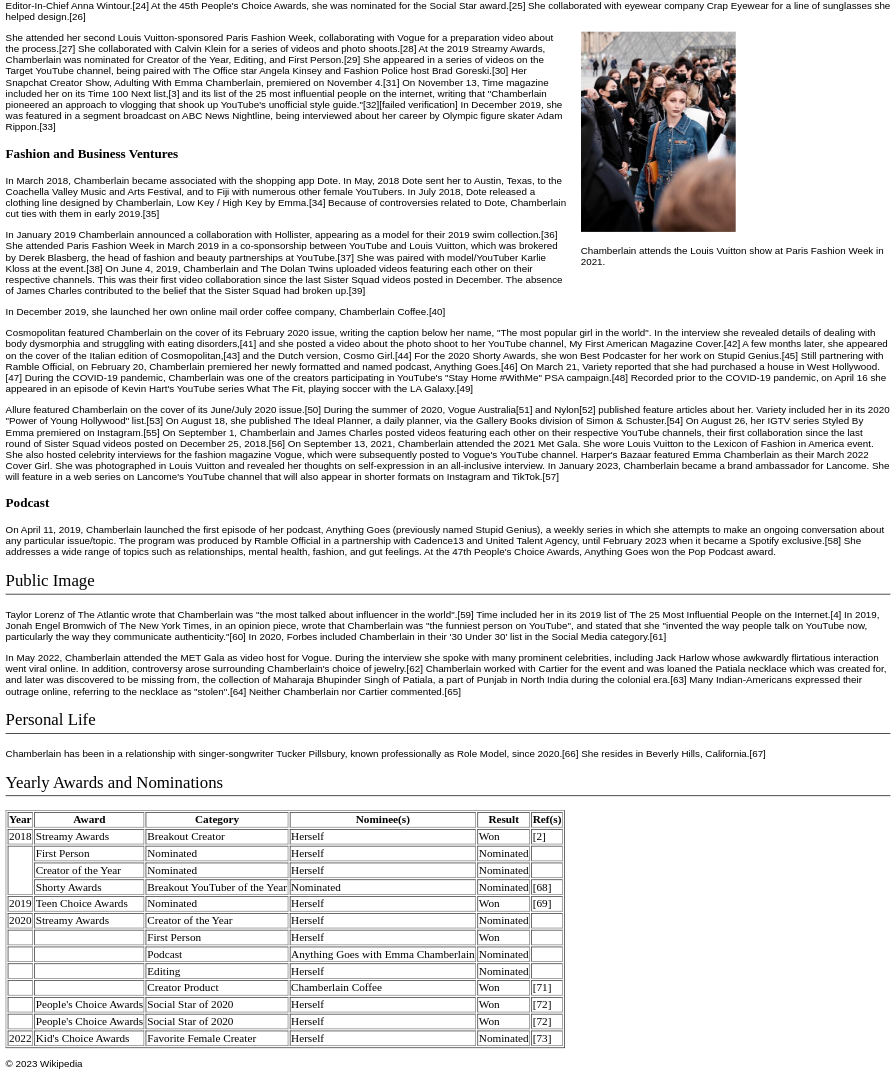
Repository: ethan-schrauf/UniversalDesignWebsite
Page: wikipedia.html
The author's editor kept a copy of each file at every save. The page is drawn from the files as they stood at one save, then again after the next save.
The browser window is 1280 px wide. The pictures show the part of the page from y = 905 to 2825 px (the page is 2447 px tall before and 3407 px after), at 70% of full size.

Above is the page before, as saved 2023-09-29 23:30:35.

### wikipedia.html
<!DOCTYPE html>
<html>
<head>
    <title>Emma Chamberlain - Wikipedia</title>
    <style>
        /* Add your CSS for styling here */
        #intro {
            float: left;
            width: 70%;
        }

        #infobox {
            float: right;
            width: 30%;
            text-align: center;
        }

        #infobox img {
            max-width: 100%;
            height: auto;
        }

        /* New section for the fashion week photo */
        #fashion-week-photo {
            float: right;
            width: 35%;
            margin-left: 20px; /* Add some margin to separate it from the text */
        }

        #fashion-week-photo img {
            max-width: 100%;
            height: auto;
        }

        /* Add a line below h2 headings */
        h2 {
            border-bottom: 1px solid #000; /* Change the color and style as needed */
            padding-bottom: 5px; /* Adjust the spacing between the text and the line */
        }

        /* Add the .sr-only class styles */
        .sr-only {
            border: 0;
            clip: rect(0, 0, 0, 0);
            height: 1px;
            margin: -1px;
            overflow: hidden;
            padding: 0;
            position: absolute;
            white-space: nowrap;
            width: 1px;
        }

        /* Apply Arial font to all paragraphs */
        p {
            font-family: Arial, sans-serif;
            font-size: 14px;
        }

/* Unbold all h2 headings */
h2 {
            font-weight: normal;
        }
    </style>
</head>
<body>

<!-- Header -->
<header>
    <h1>Wikipedia</h1>
</header>

<!-- Main content -->
<main>
    <h2>Emma Chamberlain</h2>

    <!-- Intro paragraph -->
    <section id="intro">
        <p><strong>Emma Frances Chamberlain</strong> (born May 22, 2001)[1] is an American social media personality, YouTuber, podcaster, businesswoman and model. She won the 2018 Streamy Award for Breakout Creator.[2] In 2019, Time magazine included her on its Time 100 Next list,[3] and its list of The 25 Most Influential People On The Internet, writing that "Chamberlain pioneered an approach to vlogging that shook up YouTube's unofficial style guide."[4]
        </p>
        <p>In April 2019, she launched her first weekly podcast series, Anything Goes, formerly known as Stupid Genius.[5][6] Chamberlain subsequently won the award for "Best Podcaster" at the 12th Shorty Awards.[7] She also has been an ambassador for Louis Vuitton since 2019 and Cartier since 2022.</p>
    </section>

    <!-- Infobox with photo, date of birth, occupations, and years active -->
    <section id="infobox">
        <img src="images/emma_info_photo.png" alt="Emma Chamberlain in a black striped sweater with black and gold earrings." width="70%">
        <ul>
            <li><b>Date of Birth:</b> May 22, 2001</li>
            <li><b>Occupations:</b> Internet personality - YouTuber - Podcaster -</li>
            <li><b>Years Active:</b> 2000 - Present</li>
        </ul>
    </section>

    <!-- Early life -->

    <h2>Early Life</h2>
    <p>Chamberlain was born on May 22, 2001, in San Bruno, California, to artist Michael John Chamberlain and flight coordinator Sophia Pinetree Chamberlain. She is the only child of her parents, who divorced when she was five years old.[1]</p>
    <p>In a 2018 interview with Forbes, Chamberlain said her family had struggled with finances during her childhood. The family had depended on commissions for her father's art, and when he was ill and unable to paint they endured "hard times".[8]</p>
    <p>She attended Central Middle School in San Carlos, California, and Notre Dame High School, Belmont,[9] an all-girl Catholic preparatory school where she was on the cheerleading and track teams. She performed competitive cheer for five years and was a member of the California All Stars Pink cheer team.[10] She left high school during the first semester of her junior year and graduated after passing the California High School Exit Exam.[11]</p>

    <!-- Career -->
    <h2>Career</h2>

    <!-- YouTube -->
    <h3>YouTube</h3>

    <p>Chamberlain became dissatisfied with high school during the end of her sophomore year, and after speaking to her father she was encouraged to find a passion outside of school, on June 14, 2016, she launched her YouTube channel as a way to find that passion and in August 2023, her YouTube channel reached 12 million subscribers and gained a total of 1.61 billion video views.[12][13] Chamberlain's content included cooking videos, fashion hauls, and car vlogs, among others. She was known for her penchant with coffee, as well as her authentic self-deprecating humor.[14] Chamberlain gained notoriety for her niche editing style defined by zooms, adding text to the screen, and pauses.[1] Her style of editing has gone on to be replicated by many other YouTubers, including Antonio Garza and James Charles. In recent years, Chamberlain has shifted away from that video style to a simpler, more documentary style of editing.[15]</p>
    <p>In June 2018, Chamberlain moved alone from the Bay Area to Los Angeles.[1] There, she formed the Sister Squad with fellow teen YouTubers James Charles and comedy duo The Dolan Twins.[16] The four were featured in YouTube Rewind 2018.[17] The Sister Squad was nominated for a 2019 YouTube Ensemble Shorty Award.[18]</p>
    <p>In addition to the collaboration videos with the members of the Sister Squad, throughout 2018 Chamberlain and fellow Dote-associated female YouTubers Ellie Thumann and Hannah Meloche posted videos featuring each other on their respective channels, calling their group of three "The Girdies".[19]</p>
    <p>In June 2018, Tana Mongeau invited Chamberlain to be a Featured Creator at Tanacon in Anaheim, Mongeau's alternative to VidCon that took place at the same time at a nearby convention center. Chamberlain's one-on-one onstage interview with Mongeau was the last event before the convention was canceled due to overcrowding and security concerns.[20] In July, Chamberlain was signed by United Talent Agency.[21]</p>
    <p>At VidCon 2019, Snapchat announced that Chamberlain would be one of several celebrities from various entertainment platforms to premiere a Creator Show later in the year.[22] At the 2019 Teen Choice Awards, Chamberlain won the award for Choice Female Web Star.[23] During the September New York Fashion Week, Chamberlain hosted the Teen Vogue event Generation Next attended by Vogue Editor-In-Chief Anna Wintour.[24] At the 45th People's Choice Awards, she was nominated for the Social Star award.[25] She collaborated with eyewear company Crap Eyewear for a line of sunglasses she helped design.[26]</p>

    <!-- Add the new section for the photo and description -->
<section id="fashion-week-photo">
    <img src="images/louis-vuitton-show.png" alt="Emma Chamberlain at the Louis Vuitton show at Paris Fashion Week in 2021" width="50%">
    <p>Chamberlain attends the Louis Vuitton show at Paris Fashion Week in 2021.</p>
</section>
    <p>She attended her second Louis Vuitton-sponsored Paris Fashion Week, collaborating with Vogue for a preparation video about the process.[27] She collaborated with Calvin Klein for a series of videos and photo shoots.[28] At the 2019 Streamy Awards, Chamberlain was nominated for Creator of the Year, Editing, and First Person.[29] She appeared in a series of videos on the Target YouTube channel, being paired with The Office star Angela Kinsey and Fashion Police host Brad Goreski.[30] Her Snapchat Creator Show, Adulting With Emma Chamberlain, premiered on November 4.[31] On November 13, Time magazine included her on its Time 100 Next list,[3] and its list of the 25 most influential people on the internet, writing that "Chamberlain pioneered an approach to vlogging that shook up YouTube's unofficial style guide."[32][failed verification] In December 2019, she was featured in a segment broadcast on ABC News Nightline, being interviewed about her career by Olympic figure skater Adam Rippon.[33]</p>

    <!-- Fashion and Business Ventures -->
    <h3>Fashion and Business Ventures</h3>

    <p>In March 2018, Chamberlain became associated with the shopping app Dote. In May, 2018 Dote sent her to Austin, Texas, to the Coachella Valley Music and Arts Festival, and to Fiji with numerous other female YouTubers. In July 2018, Dote released a clothing line designed by Chamberlain, Low Key / High Key by Emma.[34] Because of controversies related to Dote, Chamberlain cut ties with them in early 2019.[35]</p>
    <p>In January 2019 Chamberlain announced a collaboration with Hollister, appearing as a model for their 2019 swim collection.[36] She attended Paris Fashion Week in March 2019 in a co-sponsorship between YouTube and Louis Vuitton, which was brokered by Derek Blasberg, the head of fashion and beauty partnerships at YouTube.[37] She was paired with model/YouTuber Karlie Kloss at the event.[38] On June 4, 2019, Chamberlain and The Dolan Twins uploaded videos featuring each other on their respective channels. This was their first video collaboration since the last Sister Squad videos posted in December. The absence of James Charles contributed to the belief that the Sister Squad had broken up.[39]</p>
    <p>In December 2019, she launched her own online mail order coffee company, Chamberlain Coffee.[40]</p>
    <p>Cosmopolitan featured Chamberlain on the cover of its February 2020 issue, writing the caption below her name, "The most popular girl in the world". In the interview she revealed details of dealing with body dysmorphia and struggling with eating disorders,[41] and she posted a video about the photo shoot to her YouTube channel, My First American Magazine Cover.[42] A few months later, she appeared on the cover of the Italian edition of Cosmopolitan,[43] and the Dutch version, Cosmo Girl.[44] For the 2020 Shorty Awards, she won Best Podcaster for her work on Stupid Genius.[45] Still partnering with Ramble Official, on February 20, Chamberlain premiered her newly formatted and named podcast, Anything Goes.[46] On March 21, Variety reported that she had purchased a house in West Hollywood.[47] During the COVID-19 pandemic, Chamberlain was one of the creators participating in YouTube's "Stay Home #WithMe" PSA campaign.[48] Recorded prior to the COVID-19 pandemic, on April 16 she appeared in an episode of Kevin Hart's YouTube series What The Fit, playing soccer with the LA Galaxy.[49]</p>
    <p>Allure featured Chamberlain on the cover of its June/July 2020 issue.[50] During the summer of 2020, Vogue Australia[51] and Nylon[52] published feature articles about her. Variety included her in its 2020 "Power of Young Hollywood" list.[53] On August 18, she published The Ideal Planner, a daily planner, via the Gallery Books division of Simon & Schuster.[54] On August 26, her IGTV series Styled By Emma premiered on Instagram.[55] On September 1, Chamberlain and James Charles posted videos featuring each other on their respective YouTube channels, their first collaboration since the last round of Sister Squad videos posted on December 25, 2018.[56] On September 13, 2021, Chamberlain attended the 2021 Met Gala. She wore Louis Vuitton to the Lexicon of Fashion in America event. She also hosted celebrity interviews for the fashion magazine Vogue, which were subsequently posted to Vogue's YouTube channel. Harper's Bazaar featured Emma Chamberlain as their March 2022 Cover Girl. She was photographed in Louis Vuitton and revealed her thoughts on self-expression in an all-inclusive interview. In January 2023, Chamberlain became a brand ambassador for Lancome. She will feature in a web series on Lancome's YouTube channel that will also appear in shorter formats on Instagram and TikTok.[57]</p>

     <!-- Podcast -->
     <h3>Podcast</h3>

     <p>On April 11, 2019, Chamberlain launched the first episode of her podcast, Anything Goes (previously named Stupid Genius), a weekly series in which she attempts to make an ongoing conversation about any particular issue/topic. The program was produced by Ramble Official in a partnership with Cadence13 and United Talent Agency, until February 2023 when it became a Spotify exclusive.[58] She addresses a wide range of topics such as relationships, mental health, fashion, and gut feelings. At the 47th People's Choice Awards, Anything Goes won the Pop Podcast award.</p>

     <!-- Public Image -->
     <h2>Public Image</h2>

     <p>Taylor Lorenz of The Atlantic wrote that Chamberlain was "the most talked about influencer in the world".[59] Time included her in its 2019 list of The 25 Most Influential People on the Internet.[4] In 2019, Jonah Engel Bromwich of The New York Times, in an opinion piece, wrote that Chamberlain was "the funniest person on YouTube", and stated that she "invented the way people talk on YouTube now, particularly the way they communicate authenticity."[60] In 2020, Forbes included Chamberlain in their '30 Under 30' list in the Social Media category.[61]</p>
     <p>In May 2022, Chamberlain attended the MET Gala as video host for Vogue. During the interview she spoke with many prominent celebrities, including Jack Harlow whose awkwardly flirtatious interaction went viral online. In addition, controversy arose surrounding Chamberlain's choice of jewelry.[62] Chamberlain worked with Cartier for the event and was loaned the Patiala necklace which was created for, and later was discovered to be missing from, the collection of Maharaja Bhupinder Singh of Patiala, a part of Punjab in North India during the colonial era.[63] Many Indian-Americans expressed their outrage online, referring to the necklace as "stolen".[64] Neither Chamberlain nor Cartier commented.[65]</p>

     <!-- Personal Life -->
     <h2>Personal Life</h2>

     <p>Chamberlain has been in a relationship with singer-songwriter Tucker Pillsbury, known professionally as Role Model, since 2020.[66] She resides in Beverly Hills, California.[67]</p>

     <!-- Honors and Awards -->

     <h2>Yearly Awards and Nominations</h2>

     <!-- Create the table for awards and nominations -->
     <table border="1">
        <!-- 2018 -->
         <tr>
             <th>Year</th>
             <th>Award</th>
             <th>Category</th>
             <th>Nominee(s)</th>
             <th>Result</th>
             <th>Ref(s)</th>
         </tr>
         <tr>
             <td>2018</td>
             <td>Streamy Awards</td>
             <td>Breakout Creator</td>
             <td>Herself</td>
             <td>Won</td>
             <td>[2]</td>
         </tr>
         <tr>
             <td rowspan="3"></td>
             <td>First Person</td>
             <td>Nominated</td>
             <td>Herself</td>
             <td>Nominated</td>
             <td></td>
         </tr>
         <tr>
             <td>Creator of the Year</td>
             <td>Nominated</td>
             <td>Herself</td>
             <td>Nominated</td>
             <td></td>
         </tr>
         <tr>
             <td>Shorty Awards</td>
             <td>Breakout YouTuber of the Year</td>
             <td>Nominated</td>
             <td>Nominated</td>
             <td>[68]</td>
         </tr>

         <!-- 2019 -->

         <tr>
            <td>2019</td>
            <td>Teen Choice Awards</td>
            <td>Nominated</td>
            <td>Herself</td>
            <td>Won</td>
            <td>[69]</td>
        </tr>

        <!-- 2020 -->

        <tr>
            <td>2020</td>
            <td>Streamy Awards</td>
            <td>Creator of the Year</td>
            <td>Herself</td>
            <td>Nominated</td>
            <td></td>
        </tr>


        <tr>
            <td></td>
            <td></td>
            <td>First Person</td>
            <td>Herself</td>
            <td>Won</td>
            <td></td>
        </tr>

        <tr>
            <td></td>
            <td></td>
            <td>Podcast</td>
            <td>Anything Goes with Emma Chamberlain</td>
            <td>Nominated</td>
            <td></td>
        </tr>

        <tr>
            <td></td>
            <td></td>
            <td>Editing</td>
            <td>Herself</td>
            <td>Nominated</td>
            <td></td>
        </tr>

        <tr>
            <td></td>
            <td></td>
            <td>Creator Product</td>
            <td>Chamberlain Coffee</td>
            <td>Won</td>
            <td>[71]</td>
        </tr>

        <tr>
            <td></td>
            <td>People's Choice Awards</td>
            <td>Social Star of 2020</td>
            <td>Herself</td>
            <td>Won</td>
            <td>[72]</td>
        </tr>

        <tr>
            <td></td>
            <td>People's Choice Awards</td>
            <td>Social Star of 2020</td>
            <td>Herself</td>
            <td>Won</td>
            <td>[72]</td>
        </tr>

        <!-- 2022 -->

        <tr>
            <td>2022</td>
            <td>Kid's Choice Awards</td>
            <td>Favorite Female Creater</td>
            <td>Herself</td>
            <td>Nominated</td>
            <td>[73]</td>
        </tr>


     </table>

</main>

<!-- Footer -->
<footer>
    <p>&copy; 2023 Wikipedia</p>
</footer>

</body>
</html>

After the next save:
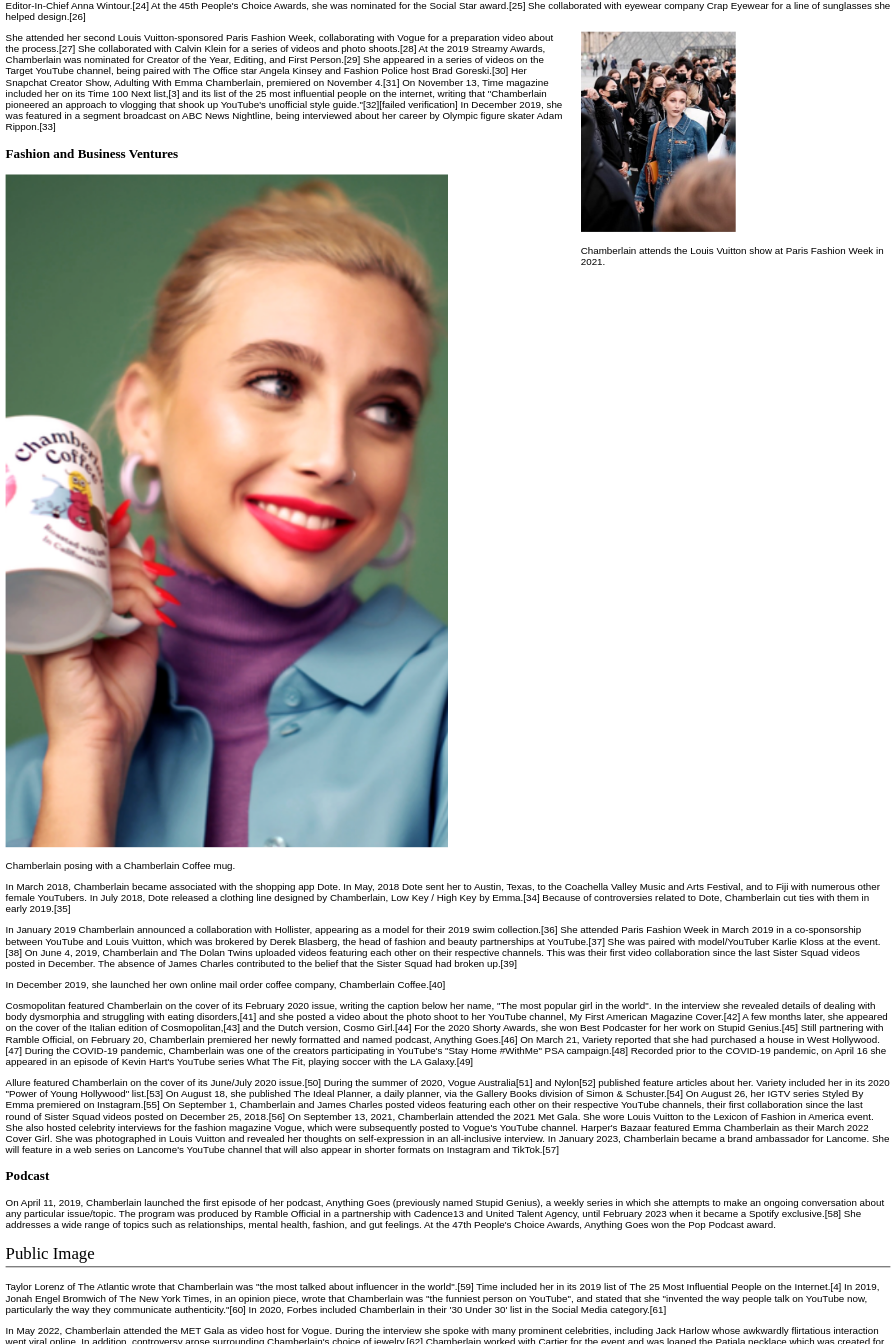
Saved 3 min 7 s later.
--- a/wikipedia.html
+++ b/wikipedia.html
@@ -120,6 +120,12 @@
     <!-- Fashion and Business Ventures -->
     <h3>Fashion and Business Ventures</h3>
 
+    <!-- Add the new section for the photo and description -->
+<section id="coffee-photo">
+    <img src="images/chamberlain-coffee.png" alt="Chamberlain posing with a Chamberlain Coffee mug" width="50%">
+    <p>Chamberlain posing with a Chamberlain Coffee mug.</p>
+</section>
+
     <p>In March 2018, Chamberlain became associated with the shopping app Dote. In May, 2018 Dote sent her to Austin, Texas, to the Coachella Valley Music and Arts Festival, and to Fiji with numerous other female YouTubers. In July 2018, Dote released a clothing line designed by Chamberlain, Low Key / High Key by Emma.[34] Because of controversies related to Dote, Chamberlain cut ties with them in early 2019.[35]</p>
     <p>In January 2019 Chamberlain announced a collaboration with Hollister, appearing as a model for their 2019 swim collection.[36] She attended Paris Fashion Week in March 2019 in a co-sponsorship between YouTube and Louis Vuitton, which was brokered by Derek Blasberg, the head of fashion and beauty partnerships at YouTube.[37] She was paired with model/YouTuber Karlie Kloss at the event.[38] On June 4, 2019, Chamberlain and The Dolan Twins uploaded videos featuring each other on their respective channels. This was their first video collaboration since the last Sister Squad videos posted in December. The absence of James Charles contributed to the belief that the Sister Squad had broken up.[39]</p>
     <p>In December 2019, she launched her own online mail order coffee company, Chamberlain Coffee.[40]</p>
